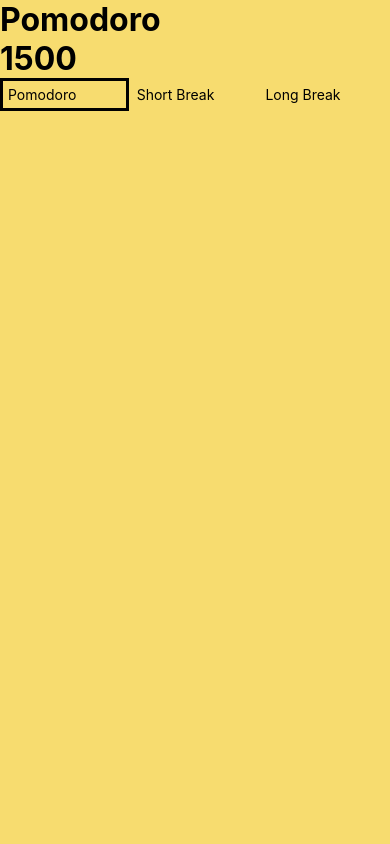
Repository: rchavarria77/pomodoro-app
Screen: /
The author's editor kept a copy of each file at every save. The screen is drawn from the files as they stood at one save, then again after the next save.
The app was drawn by React Native's web renderer in a window 390 px wide. The project was rebuilt for these pictures with package versions that can differ from the ones it lists, and the page was loaded fresh each time.

Above is the screen before, as saved 2024-02-01 00:53:09.

After the next save:
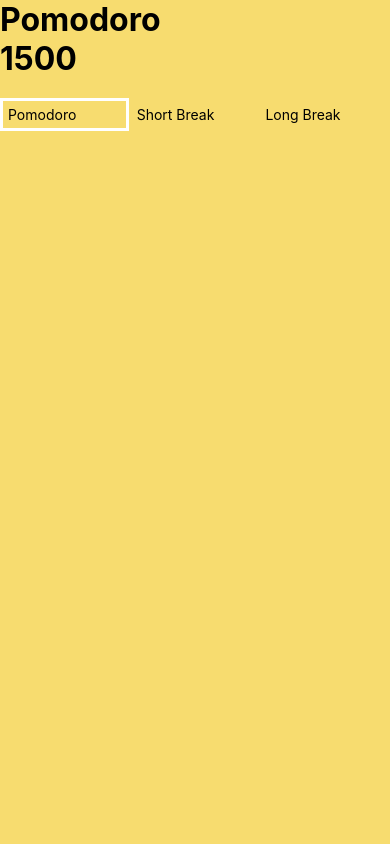
Saved 53 s later.
--- a/src/components/Header.jsx
+++ b/src/components/Header.jsx
@@ -32,5 +32,7 @@ const styles = StyleSheet.create({
     width: '33%',
     borderWidth: 3,
     padding: 5,
+    borderColor: 'white',
+    marginVertical: 20,
   },
 });
